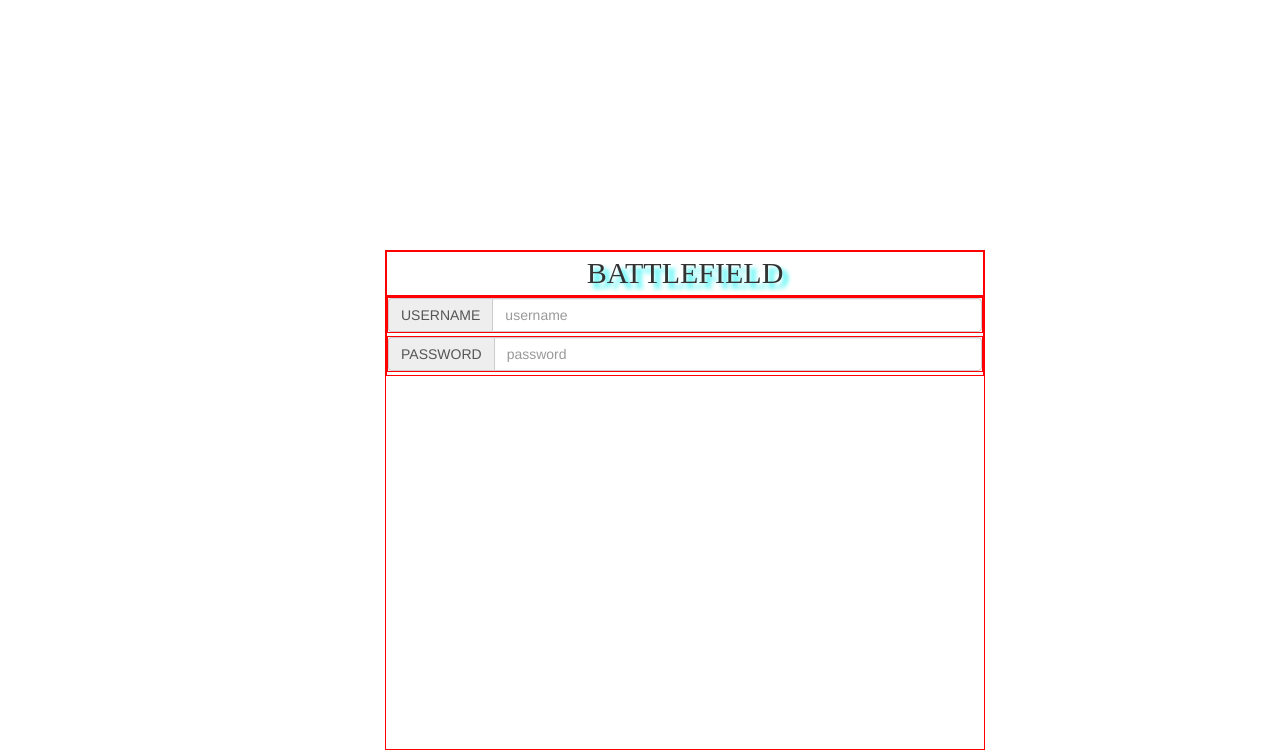
Repository: Tuzijing/Battlefield
Page: http://localhost/static/views/login/login.php
An editor plug-in stored every save of this project. The page is shown before and after the next save, followed by the edit.
The browser window is 1280 px wide. The pictures show the whole page.
The page is run by PHP 8.4 with error messages shown; the project is at /var/www/html/.

Above is the page before, as saved 2018-07-11 16:10:38.

After the next save:
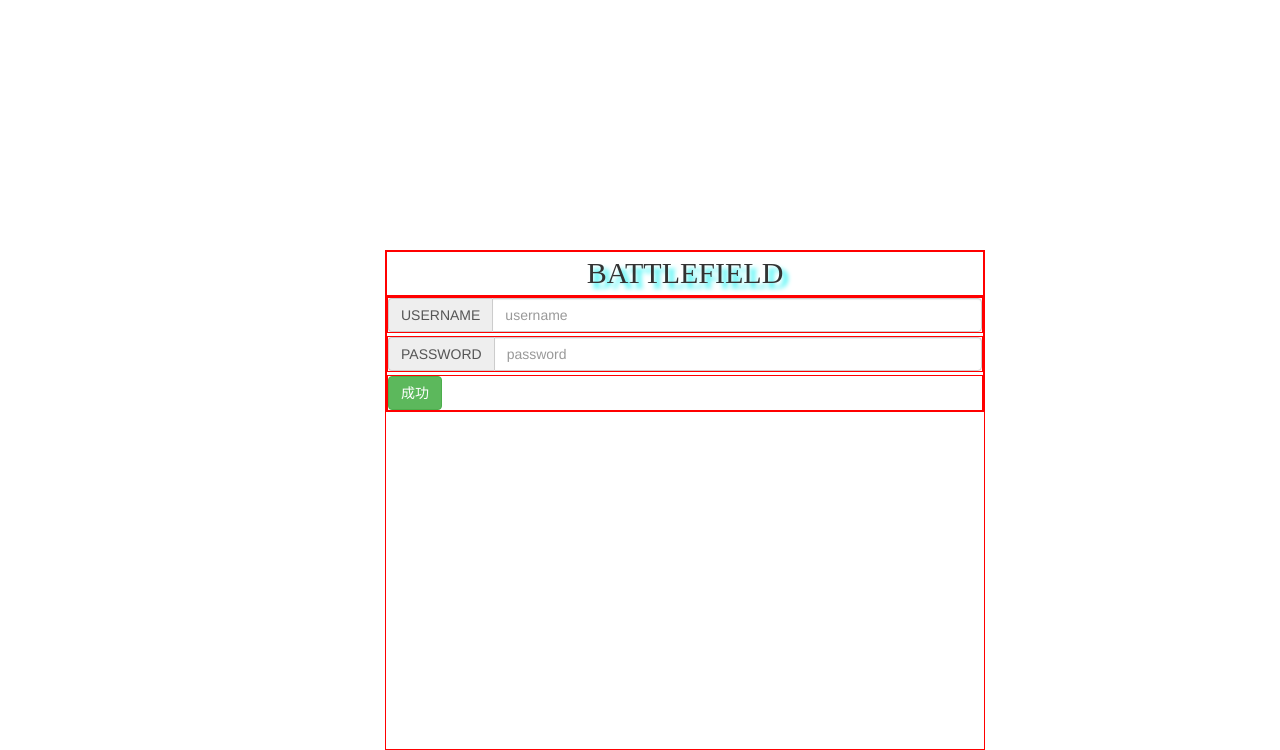
Saved 93 s later.
--- a/BattlefieldWebP/static/views/login/login.php
+++ b/BattlefieldWebP/static/views/login/login.php
@@ -39,6 +39,9 @@
 						<span class="input-group-addon">PASSWORD</span>
 						<input type="password" class="form-control" placeholder="password"/>
 					</div>
+					<div id="login_btn">
+						<button type="button" class="btn btn-success">成功</button>
+					</div>
 				</form>
 			</div>
 		</div>
